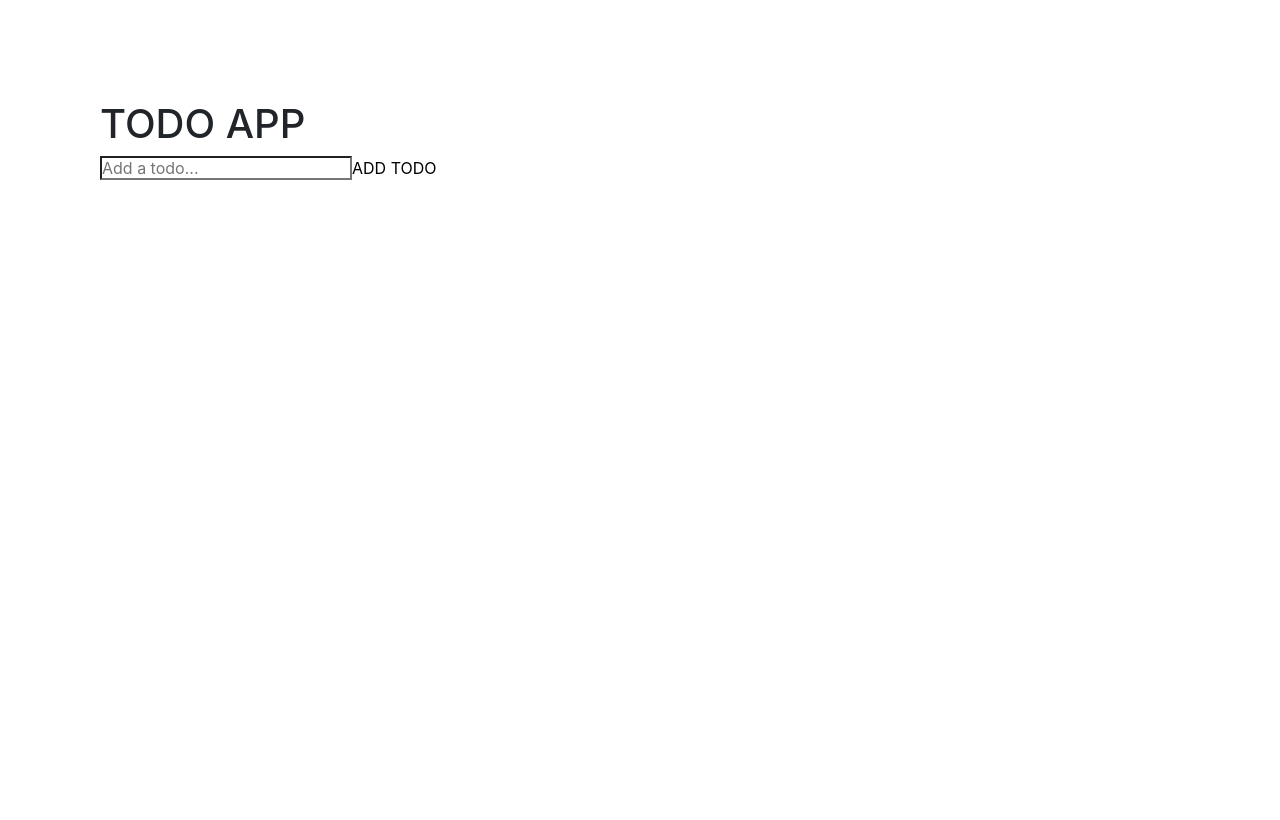
Repository: 0584386177/TodoApp-Basic
Page: /
An editor plug-in stored every save of this project. The page is shown before and after the next save, followed by the edit.
The browser window is 1280 px wide. The pictures show the whole page.
The project was rebuilt for these pictures with package versions that can differ from the ones it lists, and the page was loaded fresh each time.

Above is the page before, as saved 2023-09-20 16:02:14.

After the next save:
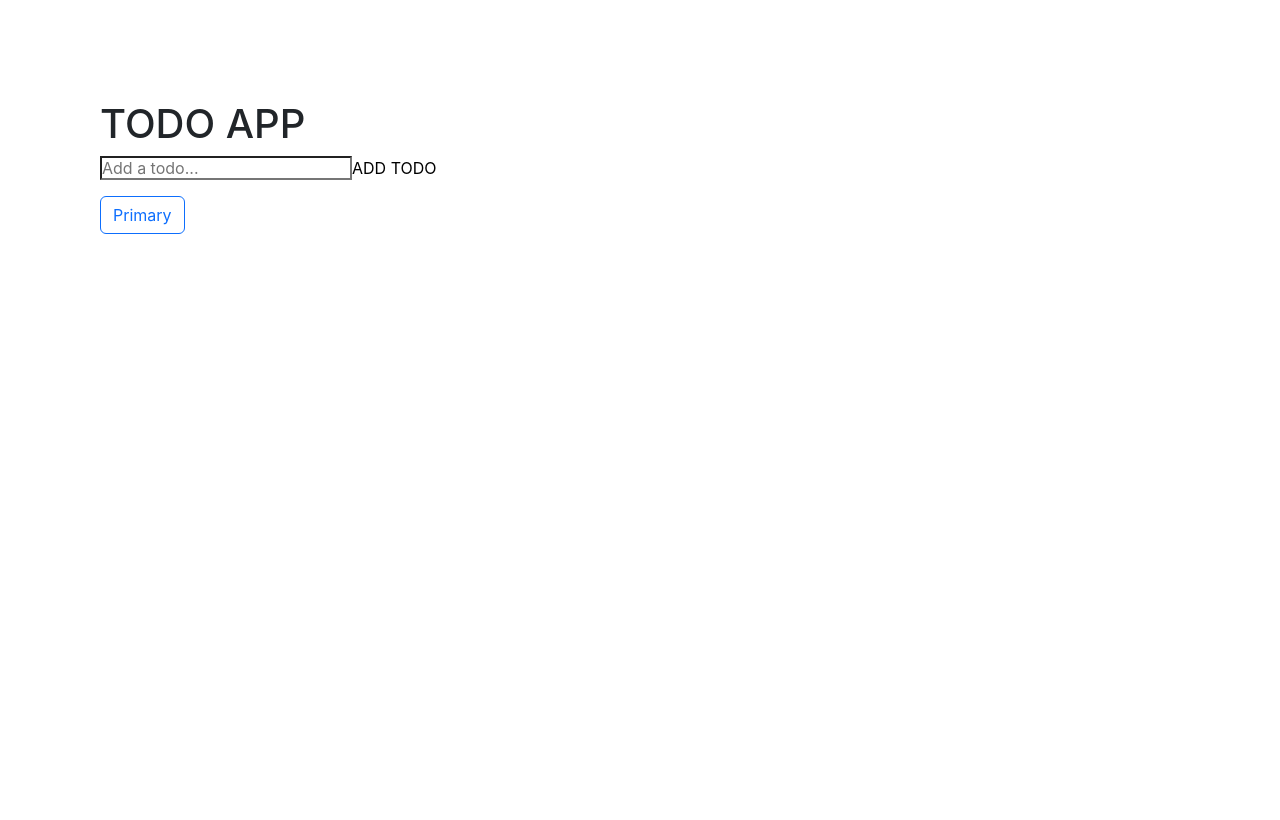
Saved 6 s later.
--- a/src/component/ToDoList.jsx
+++ b/src/component/ToDoList.jsx
@@ -23,6 +23,7 @@
                     return <li key={index}>{item}</li>
                   })}
                 </ul>
+                <Button variant="outline-primary">Primary</Button>{' '}
             </form>
         </div>
 

After the 2 saves that followed:
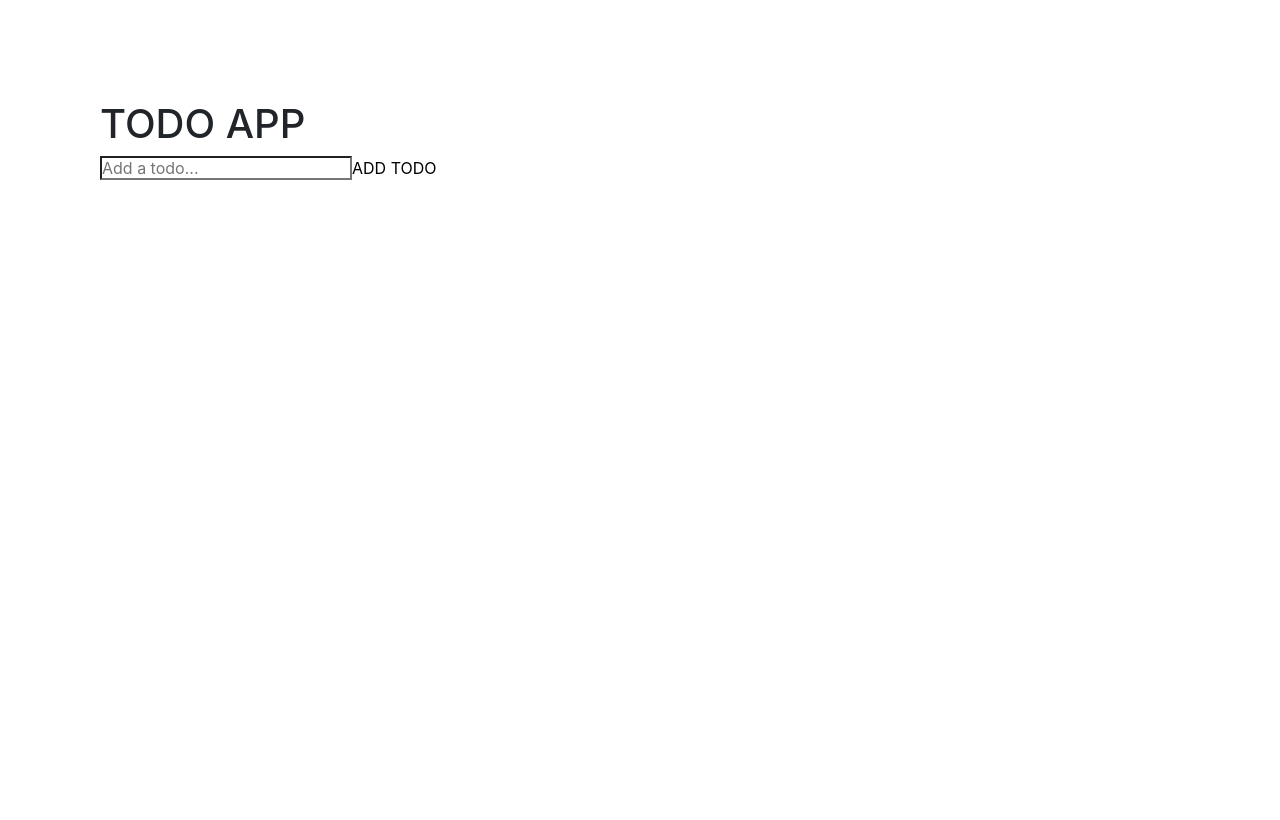
The 2 saves are shown as one change because they came seconds apart.
The last was saved 9 s later.
--- a/src/component/ToDoList.jsx
+++ b/src/component/ToDoList.jsx
@@ -1,5 +1,4 @@
 import React,{useState} from 'react';
-import Button from 'react-bootstrap/Button';
 
 const ToDoList = () => {
     const [todo,setTodo]  = useState('');
@@ -23,7 +22,7 @@
                     return <li key={index}>{item}</li>
                   })}
                 </ul>
-                <Button variant="outline-primary">Primary</Button>{' '}
+
             </form>
         </div>
 
